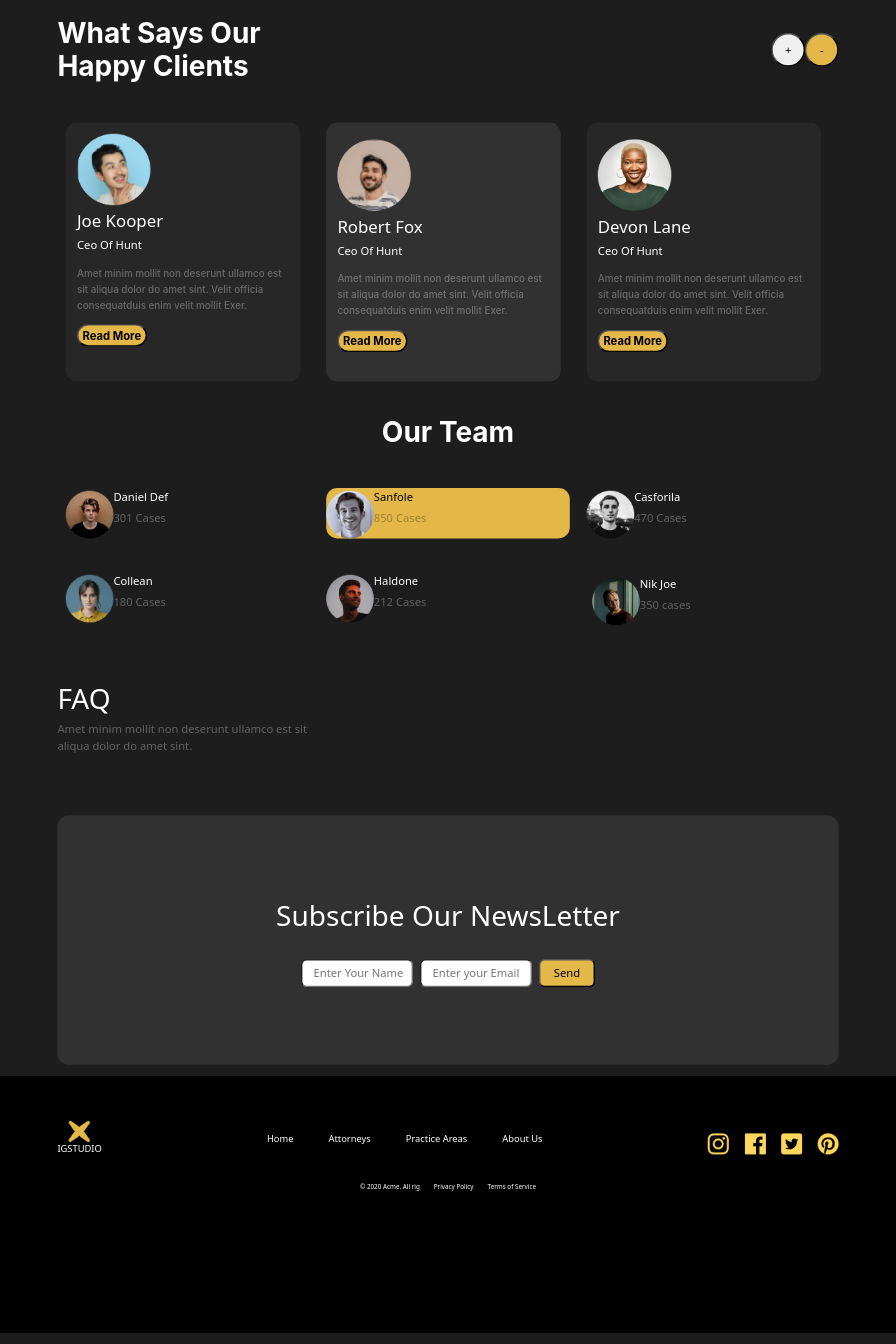
Repository: Senthil-Bala/LawFirm
Page: /
An editor plug-in stored every save of this project. The page is shown before and after the next save, followed by the edit.
The browser window is 1280 px wide. The pictures show the part of the page from y = 2133 to 4053 px (the page is 4053 px tall before and 3965 px after), at 70% of full size.
The project was rebuilt for these pictures with package versions that can differ from the ones it lists, and the page was loaded fresh each time. Also part of the build but not shown: src/App.css, src/Components/Frequents/Accordionss.css, src/Components/Frequents/Accordionss.jsx.

Above is the page before, as saved 2023-11-29 19:19:14.

After the next save:
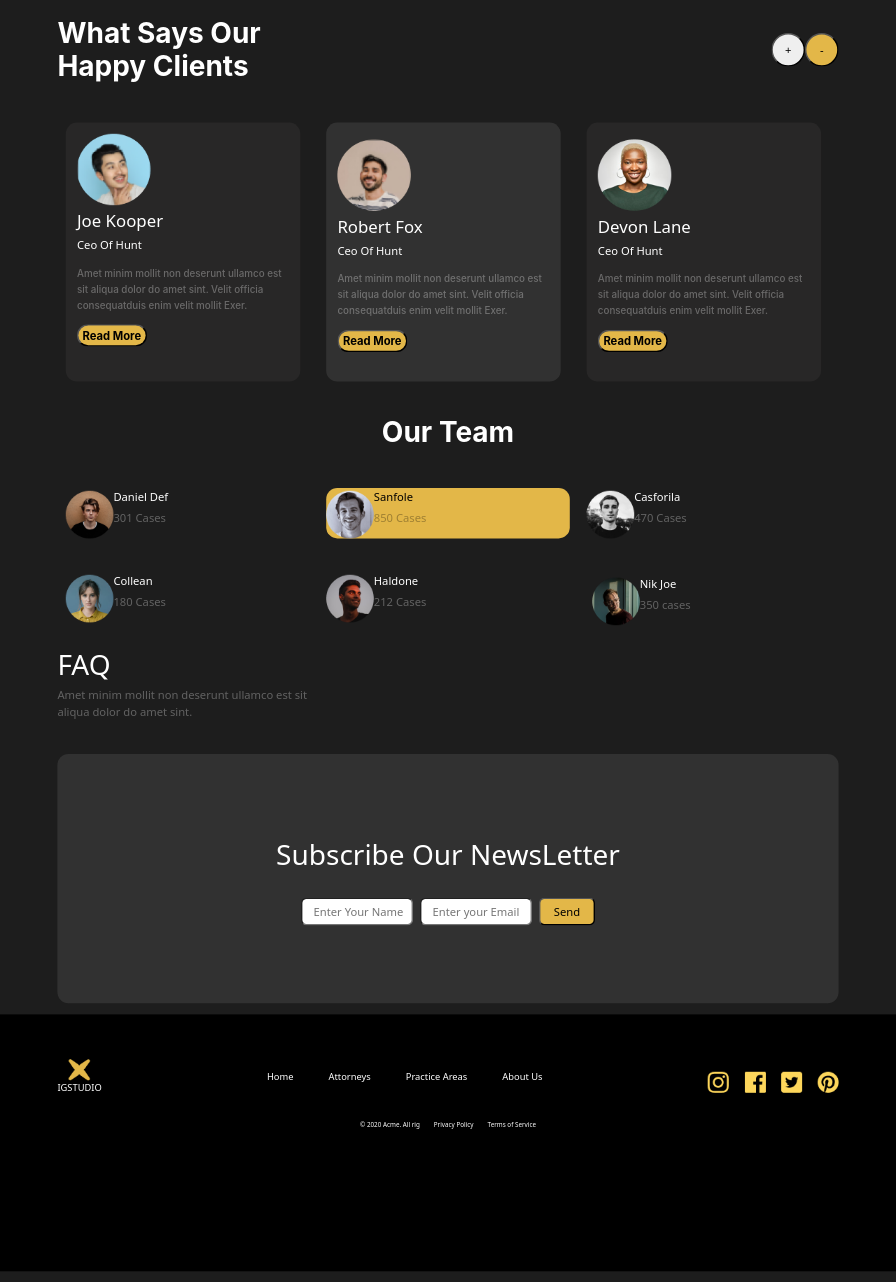
Saved 2 min 44 s later.
--- a/src/Components/Frequents/Faq.jsx
+++ b/src/Components/Frequents/Faq.jsx
@@ -3,7 +3,7 @@ import Accordionss from "./Accordionss"
 import "./Faq.css"
 function Faq() {
   return (
-    <div className="d-flex justify-content-between my-5">
+    <div className="">
       <div className="faq my-4">
         <h1>FAQ</h1>
         <p className="faqContent">
